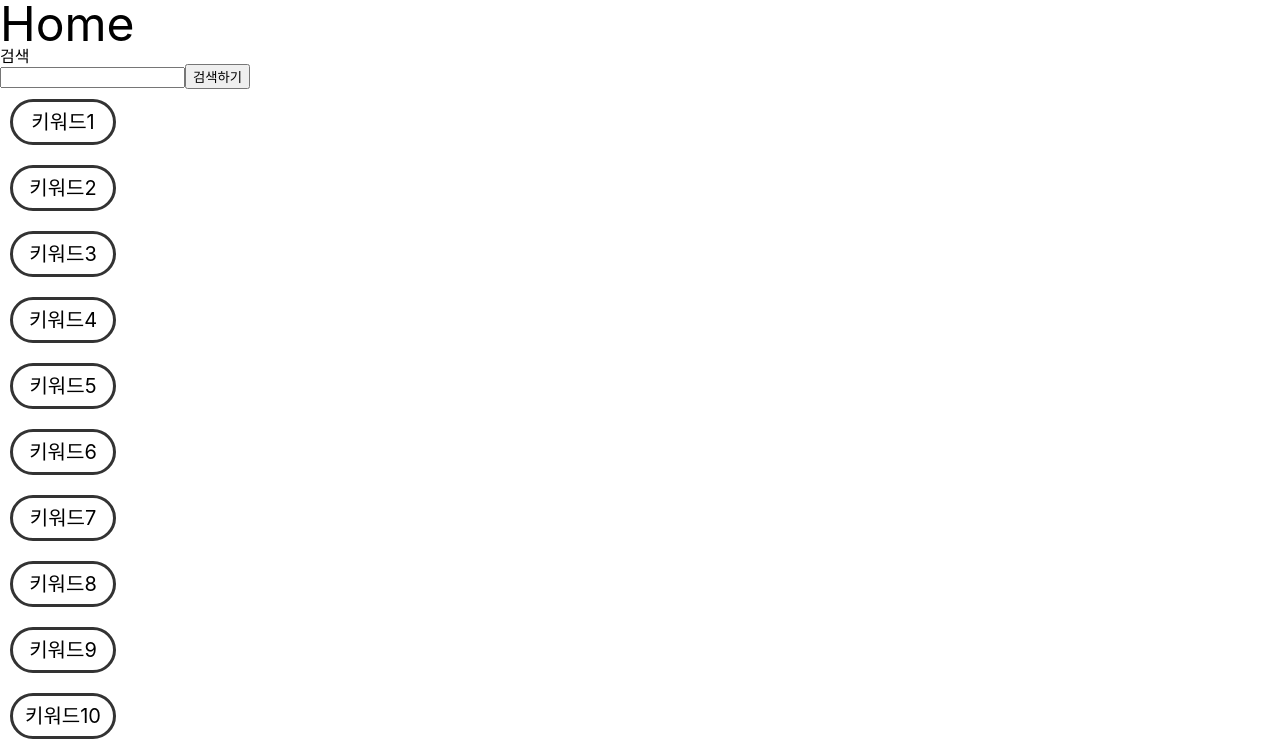
Repository: sunoo-lee/Star-Explore
Page: /
These files come from the project's save history. The page is drawn as it stood at one moment and after the next save; the edit follows.
The browser window is 1280 px wide. The pictures show the whole page.
The project was rebuilt for these pictures with package versions that can differ from the ones it lists, and the page was loaded fresh each time.

Above is the page before, as saved 2022-10-14 03:18:29.

### src/index.js
import React from "react";
import ReactDOM from "react-dom/client";
import "./reset.css";
import "./Style.css";
import App from "./components/App";
// import reportWebVitals from "./reportWebVitals";

const root = ReactDOM.createRoot(document.getElementById("root"));
root.render(
  <React.StrictMode>
    <App />
  </React.StrictMode>
);

// reportWebVitals();

### src/Style.css
body {
  margin: 0;
  font-family: -apple-system, BlinkMacSystemFont, "Segoe UI", "Roboto", "Oxygen",
    "Ubuntu", "Cantarell", "Fira Sans", "Droid Sans", "Helvetica Neue",
    sans-serif;
  -webkit-font-smoothing: antialiased;
  -moz-osx-font-smoothing: grayscale;
}

code {
  font-family: source-code-pro, Menlo, Monaco, Consolas, "Courier New",
    monospace;
}

h1 {
  font-size: 3rem;
}
.keyword ul {
  display: grid;
}
.keyword ul li {
  margin: 10px;
}
.keyword ul li span {
  display: inline-block;
  font-size: 20px;
  width: 100px;
  height: 40px;
  line-height: 40px;
  text-align: center;
  border: 3px solid #333333;
  border-radius: 25px;
}

### src/components/App.js
import AppRouter from "./Router";

function App() {
  return (
    <>
      <AppRouter />
    </>
  );
}

export default App;

### src/components/Router.js
import { HashRouter as Router, Route, Routes } from "react-router-dom";
import Home from "../routes/Home";

const AppRouter = () => {
  return (
    <Router>
      <Routes>
        <Route exact path="/" element={<Home />} />
      </Routes>
    </Router>
  );
};

export default AppRouter;

### src/routes/Home.js
import React from "react";

const Home = () => {
  return (
    <div>
      <h1>Home</h1>
      <div className="nav">
        <form>
          <div>검색</div>
          <input type="text" />
          <button>검색하기</button>
        </form>
        <div className="keyword">
          <ul>
            <li>
              <span>키워드1</span>
            </li>
            <li>
              <span>키워드2</span>
            </li>
            <li>
              <span>키워드3</span>
            </li>
            <li>
              <span>키워드4</span>
            </li>
            <li>
              <span>키워드5</span>
            </li>
            <li>
              <span>키워드6</span>
            </li>
            <li>
              <span>키워드7</span>
            </li>
            <li>
              <span>키워드8</span>
            </li>
            <li>
              <span>키워드9</span>
            </li>
            <li>
              <span>키워드10</span>
            </li>
          </ul>
        </div>
      </div>
    </div>
  );
};

export default Home;

Loaded but not shown: public/index.html (common file); src/reset.css (common file)

After the next save:
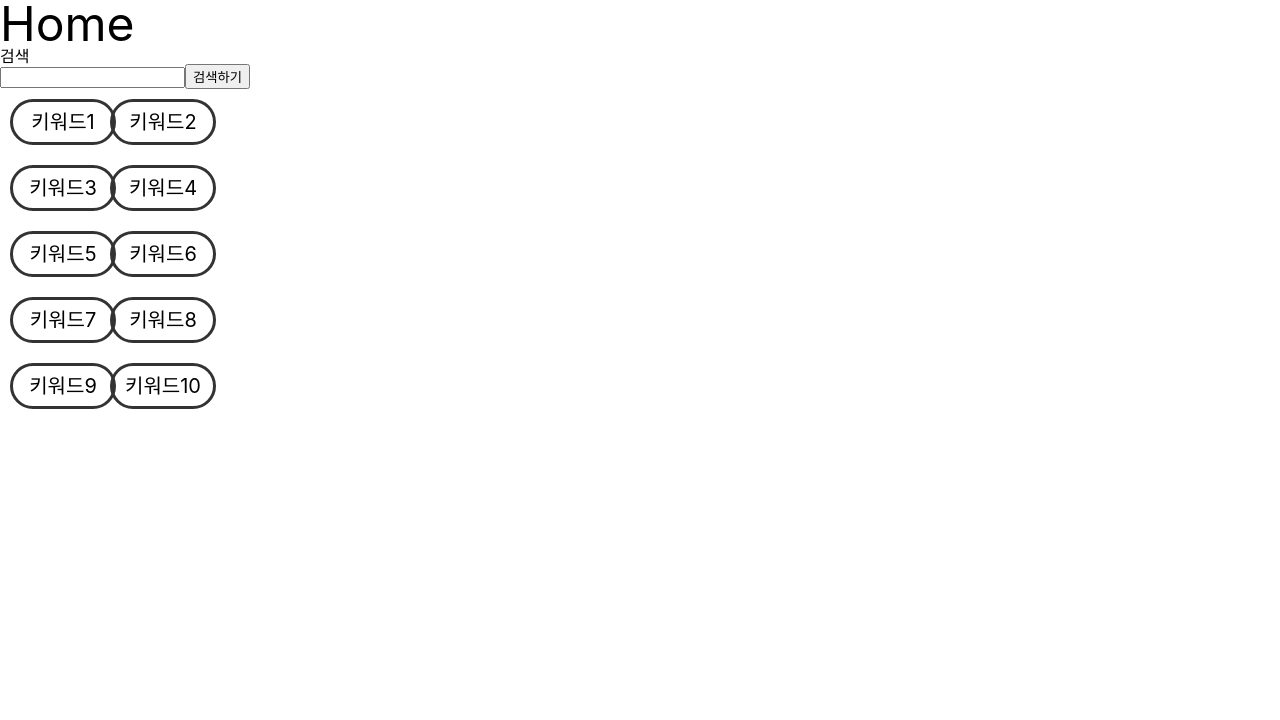
Saved 2 min 3 s later.
--- a/src/Style.css
+++ b/src/Style.css
@@ -17,6 +17,7 @@ h1 {
 }
 .keyword ul {
   display: grid;
+  grid-template-columns: 100px 100px;
 }
 .keyword ul li {
   margin: 10px;
